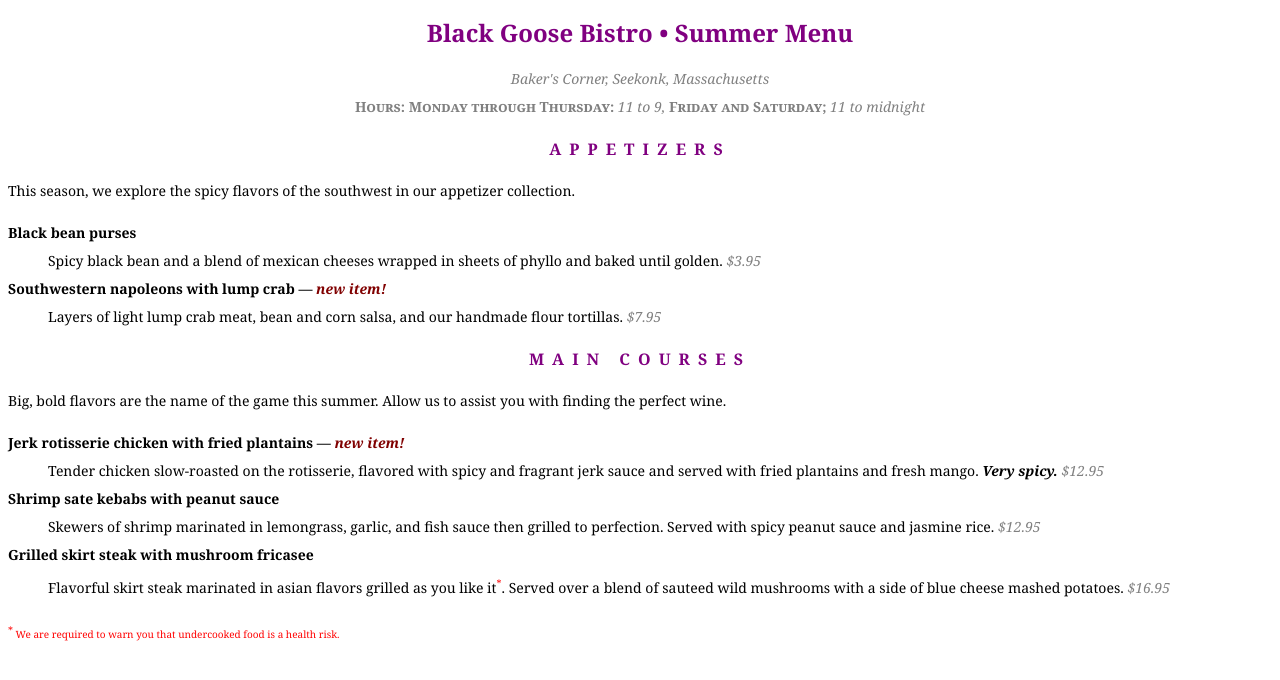
Repository: Lithium87/WebDesign
Page: Bistro/menu.html
An editor plug-in stored every save of this project. The page is shown before and after the next save, followed by the edit.
The browser window is 1280 px wide. The pictures show the whole page.
Some web fonts or font styles are not loaded; a fallback is used.

Above is the page before, as saved 2020-04-14 11:13:10.

### Bistro/menu.html
<!DOCTYPE html >
<html>

<head>
    <meta charset="utf-8">
    <title>Black Goose Bistro Summer Menu</title>
    <link href="http://fonts.googleapis.com/ css?family=Marko+One" rel="stylesheet">
    <style>
        body {
            font-family: Georgia, serif;
            font-size: 100%;
            line-height: 1.75em;
        }

        h1 {
            font: bold 1.5em "Marko One", Georgia, serif;
            color: purple;
        }

        h2 {
            font-size: 1em;
            text-transform: uppercase;
            letter-spacing: 0.5em;
            color: purple;
        }

        h1,
        h2,
        #info {
            text-align: center;
        }

        p,
        dl {
            font-size: 0.875em;
        }

        dt {
            font-weight: bold;
        }

        strong {
            font-style: italic;
        }

        dt strong {
            color: maroon;
        }

        #info p {
            font-style: italic;
            color: grey;
        }

        .price {
            font-family: Georgia, serif;
            font-style: italic;
            color: grey;
        }

        .label {
            font-weight: bold;
            font-variant: small-caps;
            font-style: normal;
        }

        p.warning,
        sup {
            font-size: x-small;
            color: red;
        }
    </style>
</head>

<body>

    <div id="info">
        <h1>Black Goose Bistro &bull; Summer Menu</h1>

        <p>Baker's Corner, Seekonk, Massachusetts<br>
            <span class="label">Hours: Monday through Thursday:</span> 11 to 9, <span class="label">Friday and Saturday;</span> 11 to midnight</p>
    </div>

    <div id="appetizers">
        <h2>Appetizers</h2>
        <p>This season, we explore the spicy flavors of the southwest in our appetizer collection.</p>

        <dl>
            <dt>Black bean purses</dt>
            <dd>Spicy black bean and a blend of mexican cheeses wrapped in sheets of phyllo and baked until golden. <span class="price">$3.95</span></dd>

            <dt class="newitem">Southwestern napoleons with lump crab &mdash; <strong>new item!</strong></dt>
            <dd>Layers of light lump crab meat, bean and corn salsa, and our handmade flour tortillas. <span class="price">$7.95</span></dd>
        </dl>
    </div>

    <div id="entrees">

        <h2>Main courses</h2>
        <p>Big, bold flavors are the name of the game this summer. Allow us to assist you with finding the perfect wine.</p>


        <dl>

            <dt class="newitem">Jerk rotisserie chicken with fried plantains &mdash; <strong>new item!</strong></dt>
            <dd>Tender chicken slow-roasted on the rotisserie, flavored with spicy and fragrant jerk sauce and served with fried plantains and fresh mango. <strong>Very spicy.</strong> <span class="price">$12.95</span></dd>

            <dt>Shrimp sate kebabs with peanut sauce</dt>
            <dd>Skewers of shrimp marinated in lemongrass, garlic, and fish sauce then grilled to perfection. Served with spicy peanut sauce and jasmine rice. <span class="price">$12.95</span></dd>

            <dt>Grilled skirt steak with mushroom fricasee</dt>
            <dd>Flavorful skirt steak marinated in asian flavors grilled as you like it<sup>*</sup>. Served over a blend of sauteed wild mushrooms with a side of blue cheese mashed potatoes. <span class="price">$16.95</span></dd>
        </dl>

    </div>

    <p class="warning"><sup>*</sup> We are required to warn you that undercooked food is a health risk.</p>

</body>

</html>

After the next save:
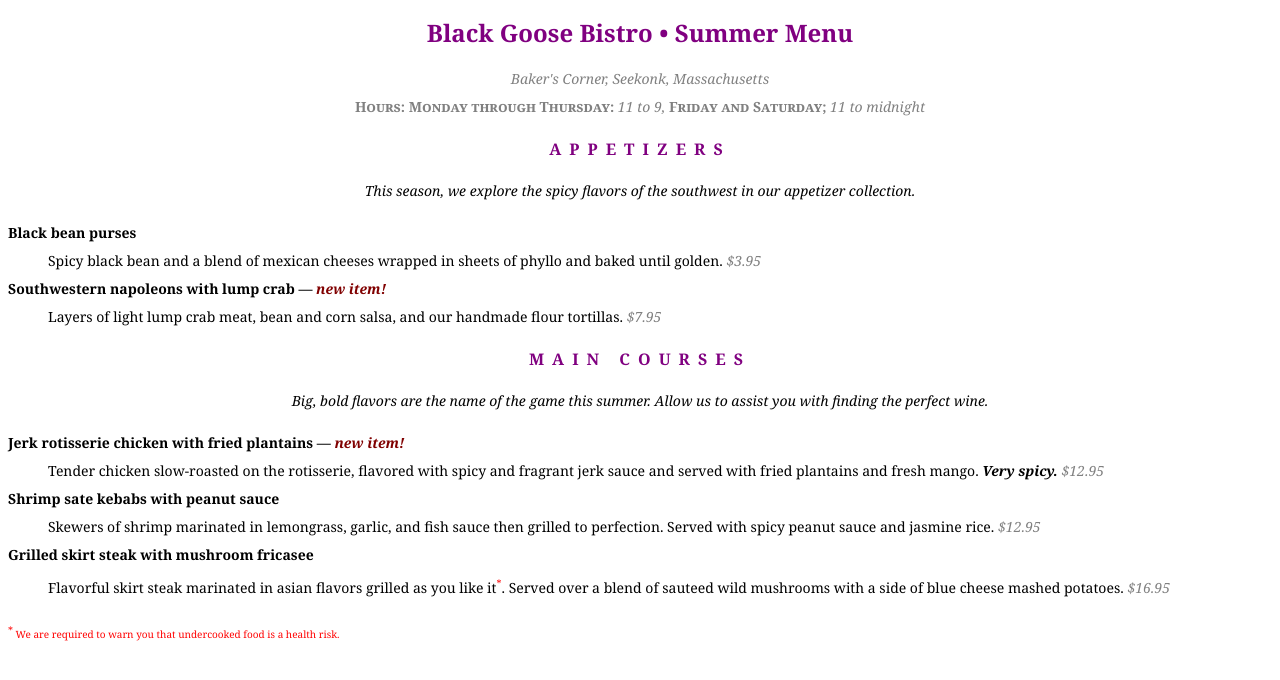
Saved 8 min 15 s later.
--- a/Bistro/menu.html
+++ b/Bistro/menu.html
@@ -22,6 +22,11 @@
             text-transform: uppercase;
             letter-spacing: 0.5em;
             color: purple;
+        }
+
+        h2+p {
+            text-align: center;
+            font-style: italic;
         }
 
         h1,
